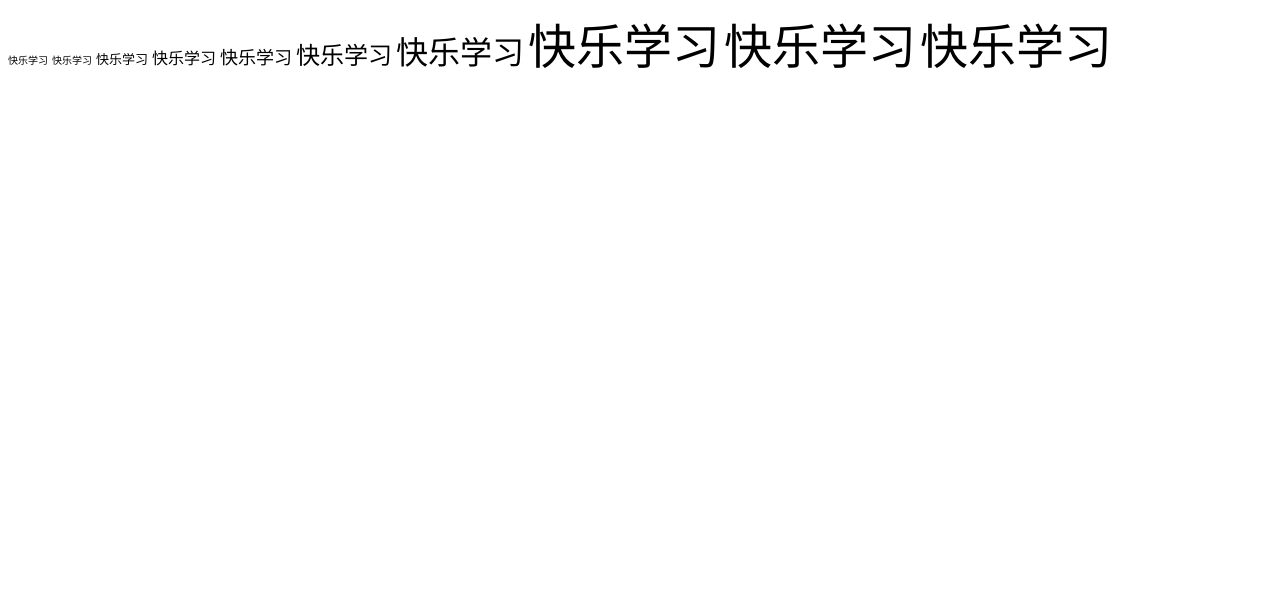
Repository: AndyFlower/web-back
Page: http://localhost/webdemo01/views/test.jsp
An editor plug-in stored every save of this project. The page is shown before and after the next save, followed by the edit.
The browser window is 1280 px wide. The pictures show the whole page.
The page is served by Tomcat 9.

Above is the page before, as saved 2017-09-14 14:43:30.

After the next save:
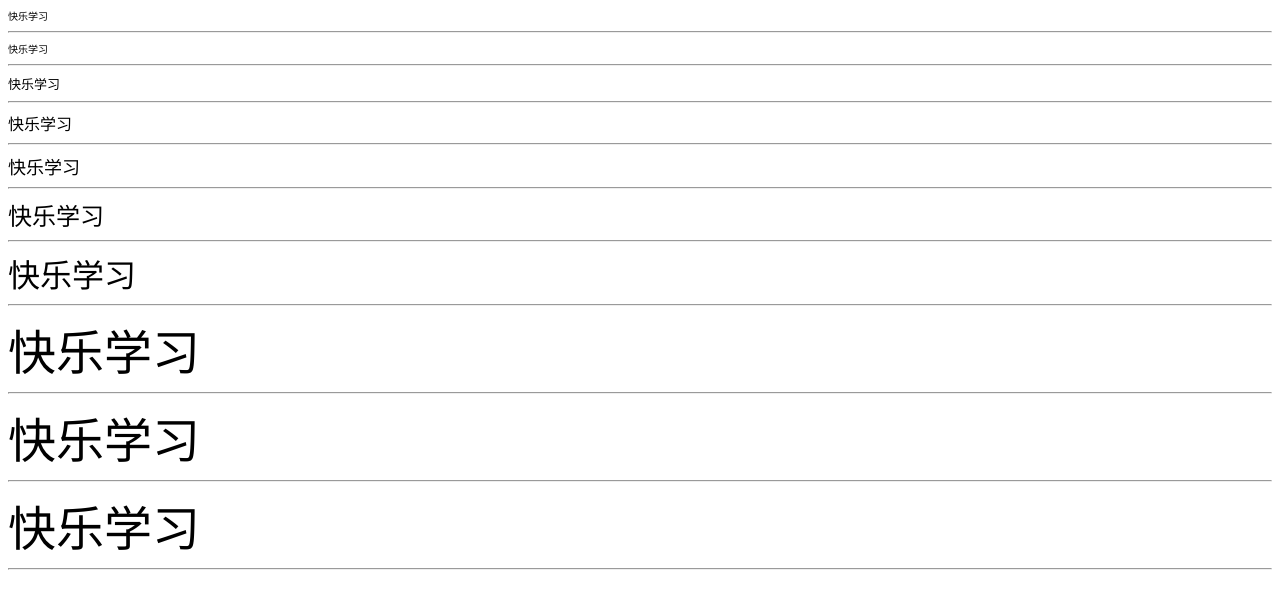
Saved 58 s later.
--- a/webdemo01/src/main/webapp/views/test.jsp
+++ b/webdemo01/src/main/webapp/views/test.jsp
@@ -29,6 +29,8 @@ String basePath = request.getScheme()+"://"+request.getServerName()+":"+request.
 
      %>
      快乐学习</font>
+     <br>
+     <hr>
      <%
      }
       %>
